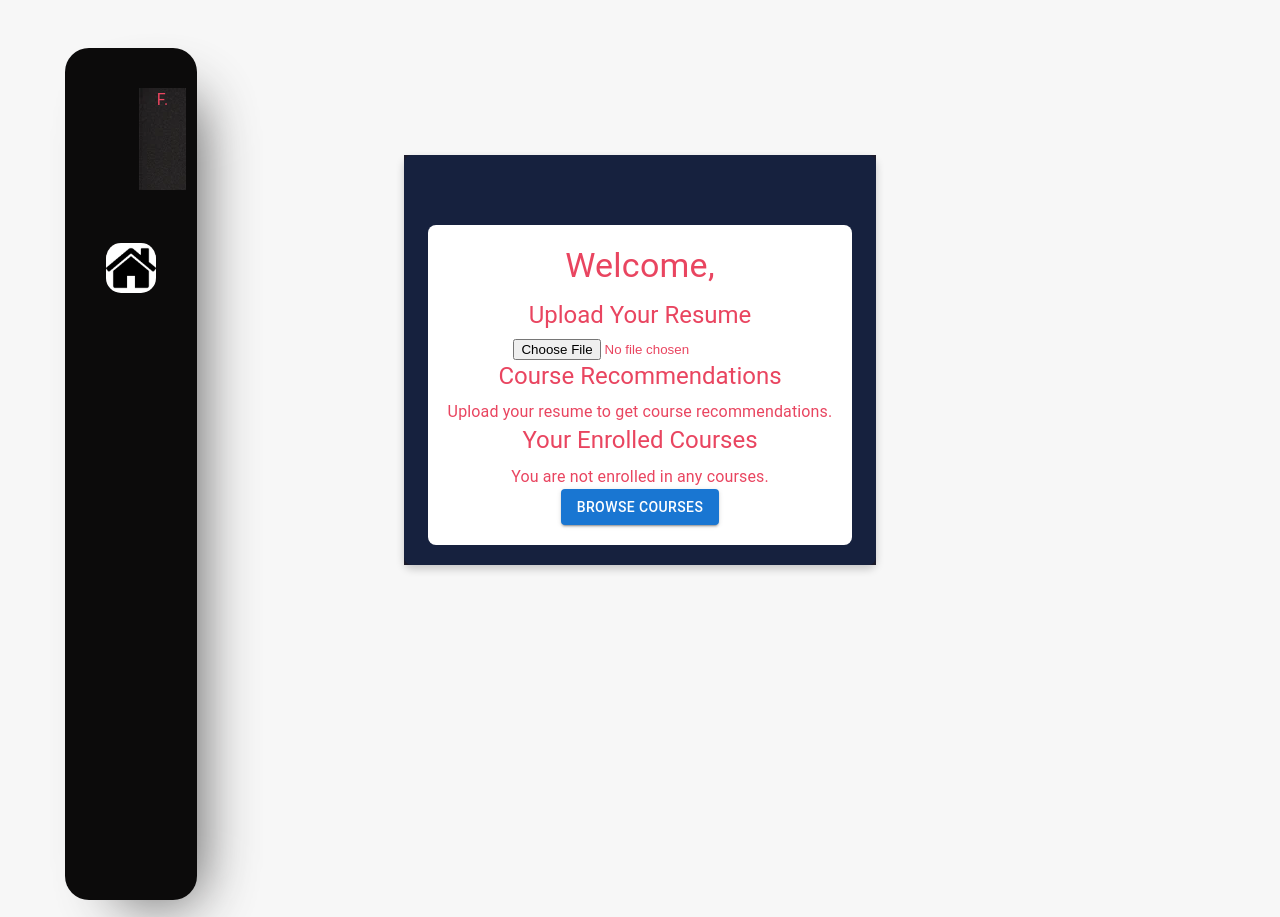
Repository: jvt2/OnlineCourseApp
Page: /dashboard
These files come from the project's save history. The page is drawn as it stood at one moment and after the next save; the edit follows.
The browser window is 1280 px wide. The pictures show the whole page.
The page's requests for data from a server got no answer. The project was rebuilt for these pictures with package versions that can differ from the ones it lists, and the page was loaded fresh each time. No one was signed in, and anything a server would have sent is missing. Also part of the build but not shown: src/features/auth/Register.js, src/features/auth/Login.js, src/features/courses/ResumeUpload.js, src/features/courses/CourseRecommendations.js, src/components/common/MyModal.js, src/features/courses/CourseCatalog.js, src/features/courses/CourseDetail.js, src/components/common/Navbar.js and 3 more. Imported but missing from the stored project, and not drawn on this page: src/app/reportWebVitals.

Above is the page before, as saved 2024-07-14 21:45:32.

### src/index.js
import React from 'react';
import ReactDOM from 'react-dom/client';
import { Provider } from 'react-redux';
import store from './redux/store';
import './index.css';
import App from './app/App';
import reportWebVitals from './app/reportWebVitals';

const root = ReactDOM.createRoot(document.getElementById('root'));
root.render(
  <React.StrictMode>
    <App />
  </React.StrictMode>
);

// If you want to start measuring performance in your app, pass a function
// to log results (for example: reportWebVitals(console.log))
// or send to an analytics endpoint. Learn more: https://bit.ly/CRA-vitals
reportWebVitals();

### src/redux/store.js
// src/redux/store.js

import { configureStore } from '@reduxjs/toolkit';
import userReducer from './userReducer';

const store = configureStore({
  reducer: {
    user: userReducer,
  },
});

export default store;

### src/app/App.js
import { BrowserRouter as Router, Route, Routes } from 'react-router-dom';
import React, { useState } from 'react';
import logo from '../logo.svg';
import './App.css';
import Register from '../features/auth/Register';
import Login from '../features/auth/Login';
import CourseCatalog from '../features/courses/CourseCatalog';
import CourseDetail from '../features/courses/CourseDetail';
import UserDashboard from '../features/dashboard/Dashboard';
import Navbar from '../components/common/Navbar';
import { Provider } from 'react-redux';
import store from '../redux/store'; // import your Redux store here
import Logout from '../features/auth/Logout'; // Import the Logout component
import Chatbot from '../features/chatbot/Chatbot';
import CourseRecommendations from '../features/courses/CourseRecommendations';
import axios from 'axios';
import ResumeUpload from '../features/courses/ResumeUpload';
import LandingPage from '../components/common/LandingPage';

function App() {
  const [loggedIn, setLoggedIn] = useState(false);
  const [users, setUsers] = useState([]);
  const [currentUser, setCurrentUser] = useState(null);
  const [recommendations, setRecommendations] = useState([]);

  const handleResumeUpload = (newRecommendations) => {
    console.log('New Recommendations:', newRecommendations);
    setRecommendations(newRecommendations);
  };

  const [courses, setCourses] = useState([
    {id: 1, name: 'Course 1', description: 'This is course 1'},
    {id: 2, name: 'Course 2', description: 'This is course 2'}
  ]);

  const handleRegister = async (username, password) => {
    try {
      const response = await axios.post('http://localhost:3001/register', { username, password });
      alert(response.data.message);
      // Log in the new user if registration is successful
      handleLogin(username, password);
    } catch (error) {
      alert(error.response.data.message);
    }
  };

  const handleLogin = async (username, password) => {
    try {
      const response = await axios.post('http://localhost:3001/login', { username, password });
      localStorage.setItem('token', response.data.token);
      setLoggedIn(true);
      setCurrentUser({ username });
    } catch (error) {
      alert('Login failed. Please check your username and password.');
    }
  };

  const handleEnroll = async (course) => {
    try {
      const token = localStorage.getItem('token');
      await axios.post('http://localhost:3001/enroll', { courseId: course.id }, {
        headers: { 'Authorization': `Bearer ${token}` }
      });
      setEnrolledCourses([...enrolledCourses, course]);
    } catch (error) {
      console.error('Enrollment failed', error);
    }
  };

  const [enrolledCourses, setEnrolledCourses] = useState([]);
  const [isModalOpen, setIsModalOpen] = useState(false);

  const handleSelectRecommendation = (recommendation) => {
    const newCourse = {
      id: courses.length + 1,
      name: recommendation.text,
      description: 'This is a recommended course based on your resume.'
    };

    setCourses([...courses, newCourse]);
    setEnrolledCourses([...enrolledCourses, newCourse]);
    setIsModalOpen(false);
  };

  return (
    <Provider store={store}>
      <Router>
        <div className="App">
          <Routes>
            <Route path="/" element={<LandingPage />} />
            <Route path="/register" element={<Register />} />
            <Route path="/login" element={<Login />} />
            <Route path="/dashboard" element={<UserDashboard />} /> {/* Added this line */}
          </Routes>
        </div>
      </Router>
    </Provider>
  );
}

export default App;

### src/redux/userReducer.js
// src/redux/userReducer.js
// src/redux/userReducer.js
import { createSlice } from '@reduxjs/toolkit';

const initialState = {
  id: null,
  email: null,
  token: null,
};

const userSlice = createSlice({
  name: 'user',
  initialState,
  reducers: {
    logIn(state, action) {
      state.id = action.payload.id;
      state.email = action.payload.email;
      state.token = action.payload.token;
    },
    logOut(state) {
      state.id = null;
      state.email = null;
      state.token = null;
    },
  },
});

export const { logIn, logOut } = userSlice.actions;
export default userSlice.reducer;

### src/app/App.css
/* App.css */
:root {
  --primary-bg-color: #1E1E2F;
  --secondary-bg-color: #282840;
  --primary-text-color: #F5F5F5;
  --link-color: #61dafb;
  --accent-color: #FF6B6B;
  --navbar-height: 4rem;
  --content-padding: 20px;
  --border-radius: 8px;
  --transition-duration: 0.3s;
  --gradient-bg-color: linear-gradient(120deg, #84fab0 0%, #8fd3f4 100%);
}

.App {
  text-align: center;
  font-family: 'Arial', sans-serif;
  background-color: var(--primary-bg-color);
}

.App-logo {
  height: 40vmin;
  pointer-events: none;
  filter: drop-shadow(0 0 10px var(--accent-color));
}

.App-header {
  background-color: var(--secondary-bg-color);
  min-height: 100vh;
  display: flex;
  flex-direction: column;
  align-items: center;
  justify-content: center;
  font-size: calc(10px + 2vmin);
  color: var(--primary-text-color);
  border-bottom-left-radius: var(--border-radius);
  border-bottom-right-radius: var(--border-radius);
}

.App-link {
  color: var(--link-color);
  transition: color var(--transition-duration);
}

.App-link:hover {
  color: var(--accent-color);
}

@media (prefers-reduced-motion: no-preference) {
  .App-logo {
    animation: App-logo-spin infinite 20s linear;
  }
}

@keyframes App-logo-spin {
  from {
    transform: rotate(0deg);
  }
  to {
    transform: rotate(360deg);
  }
}

.site-navbar {
  display: flex;
  align-items: center;
  background: var(--gradient-bg-color);
  padding: 10px 20px;
  height: var(--navbar-height);
  font-weight: 500;
  box-shadow: 0 4px 6px rgba(0, 0, 0, 0.1);
}

.navbar-nav {
  display: flex;
  align-items: center;
  list-style: none;
  margin: 0;
  padding: 0;
  flex-grow: 1;
  justify-content: center;
}

.nav-item {
  display: flex;
  align-items: center;
  justify-content: center;
  text-decoration: none;
  color: var(--primary-text-color);
  padding: 15px 25px;
  transition: all 0.3s ease-in-out;
  border-radius: var(--border-radius);
  position: relative;
}

.nav-item:before {
  content: '';
  position: absolute;
  top: 0;
  left: 0;
  width: 0;
  height: 100%;
  background: var(--accent-color);
  border-radius: var(--border-radius);
  transition: width 0.3s ease-in-out;
  z-index: -1;
}

.nav-item:hover:before {
  width: 100%;
}

.nav-item:hover {
  color: var(--secondary-bg-color);
  box-shadow: 0 4px 8px rgba(0, 0, 0, 0.2);
  text-decoration: none;
}

.navbar-brand {
  margin-right: auto;
  color: var(--primary-text-color);
  font-size: 1.5em;
  font-weight: bold;
}

.App-content {
  padding: var(--content-padding);
  color: var(--primary-text-color);
}

.App-footer {
  text-align: center;
  padding: var(--content-padding);
  background-color: var(--secondary-bg-color);
  color: var(--primary-text-color);
  box-shadow: 0 -4px 6px rgba(0, 0, 0, 0.1);
}

.course-recommendations {
  width: 80%;
  margin: auto;
  background: #f9f9f9;
  padding: 20px;
  border-radius: 5px;
  box-shadow: 0px 0px 10px rgba(0, 0, 0, 0.1);
}

.course-recommendations h2 {
  text-align: center;
  color: #333;
}

.course-recommendations .course {
  padding: 10px 0;
  border-bottom: 1px solid #eee;
}

.course-recommendations .course:last-child {
  border-bottom: none;
}

.course-recommendations .course button {
  margin-left: 10px;
}

body {
  background-color: #1a1a2e;
  color: #e94560;
}

.MuiContainer-root {
  background-color: #16213e;
  border-radius: 8px;
  padding: 20px;
  box-shadow: 0 4px 8px rgba(0, 0, 0, 0.2);
}

.customTextField .MuiInputBase-input {
  color: #fff;
  background-color: rgba(255, 255, 255, 0.1);
}

.customTextField .MuiInputLabel-root {
  color: rgba(255, 255, 255, 0.7);
}

.customTextField .MuiInputLabel-root.Mui-focused {
  color: #fff;
}

.customTextField .MuiOutlinedInput-root {
  &.Mui-focused .MuiOutlinedInput-notchedOutline {
    border-color: #fff;
  }
  & .MuiOutlinedInput-notchedOutline {
    border-color: rgba(255, 255, 255, 0.5);
  }
}

### src/features/dashboard/Dashboard.js
// src/features/dashboard/Dashboard.js
import React, { useEffect, useState } from 'react';
import axios from 'axios';
import { useSelector } from 'react-redux';
import { Container, Typography, Button, Box, List, ListItem, ListItemText } from '@mui/material';
import { useNavigate } from 'react-router-dom';
import './Dashboard.css'; // Correct import for CSS

function Dashboard() {
  const [enrolledCourses, setEnrolledCourses] = useState([]);
  const [recommendations, setRecommendations] = useState([]);
  const token = useSelector(state => state.user.token);
  const userId = useSelector(state => state.user.id);
  const userEmail = useSelector(state => state.user.email);
  const navigate = useNavigate();

  useEffect(() => {
    const fetchEnrolledCourses = async () => {
      try {
        const response = await axios.get(`http://localhost:3001/user/${userId}/courses`, {
          headers: { Authorization: `Bearer ${token}` }
        });
        setEnrolledCourses(response.data);
      } catch (error) {
        console.error('Error fetching enrolled courses:', error);
      }
    };

    const fetchRecommendations = async () => {
      try {
        const response = await axios.get(`http://localhost:3001/user/${userId}/recommendations`, {
          headers: { Authorization: `Bearer ${token}` }
        });
        setRecommendations(response.data);
      } catch (error) {
        console.error('Error fetching recommendations:', error);
      }
    };

    fetchEnrolledCourses();
    fetchRecommendations();
  }, [userId, token]);

  const handleResumeUpload = async (event) => {
    const formData = new FormData();
    formData.append('resume', event.target.files[0]);

    try {
      const response = await axios.post('http://localhost:3001/uploadResume', formData, {
        headers: {
          'Content-Type': 'multipart/form-data',
          Authorization: `Bearer ${token}`,
        },
      });
      setRecommendations(response.data.recommendations);
    } catch (error) {
      console.error('Error uploading resume:', error);
    }
  };

  return (
    <Container component="main" maxWidth="md">
      <Box className="sidebar">
        <div className="sidebar-blur"></div>
        <div className="sidebar-main">
          <Typography className="sidebar-logo">F.</Typography>
          <div className="sidebar-icon icon-home"></div>
          <div className="sidebar-icon icon-graduation"></div>
          <div className="sidebar-icon icon-user"></div>
          <div className="sidebar-icon icon-message"></div>
          <div className="sidebar-icon icon-settings"></div>
          <div className="sidebar-icon icon-logout"></div>
        </div>
      </Box>
      <Box className="dashboard-container">
        <Typography className="dashboard-header" variant="h4" gutterBottom>
          Welcome, {userEmail}
        </Typography>
        <Box className="upload-container">
          <Typography variant="h5" gutterBottom>
            Upload Your Resume
          </Typography>
          <input type="file" onChange={handleResumeUpload} accept=".pdf,.doc,.docx,.txt" />
        </Box>
        <Box className="recommendations-container">
          <Typography variant="h5" gutterBottom>
            Course Recommendations
          </Typography>
          {recommendations.length > 0 ? (
            <List>
              {recommendations.map((rec, index) => (
                <ListItem key={index}>
                  <ListItemText primary={rec.title} secondary={rec.description} />
                </ListItem>
              ))}
            </List>
          ) : (
            <Typography variant="body1">Upload your resume to get course recommendations.</Typography>
          )}
        </Box>
        <Box className="enrolled-courses-container">
          <Typography variant="h5" gutterBottom>
            Your Enrolled Courses
          </Typography>
          {enrolledCourses.length > 0 ? (
            <List>
              {enrolledCourses.map(course => (
                <ListItem key={course.id}>
                  <ListItemText primary={course.name} />
                </ListItem>
              ))}
            </List>
          ) : (
            <Typography variant="body1">You are not enrolled in any courses.</Typography>
          )}
        </Box>
        <Box className="button-container">
          <Button variant="contained" color="primary" onClick={() => navigate('/courses')}>
            Browse Courses
          </Button>
        </Box>
      </Box>
    </Container>


  );
}

export default Dashboard;

### src/features/auth/Logout.js
// Logout.js
import { useEffect } from 'react';
import { useDispatch } from 'react-redux';
import { useNavigate } from 'react-router-dom';
import { logOut } from '../../redux/reducers/userslice'; // Import the logOut action

function Logout() {
  const navigate = useNavigate();
  const dispatch = useDispatch();

  useEffect(() => {
    localStorage.removeItem('token'); // Remove the token from local storage
    dispatch(logOut()); // Dispatch the logOut action
    navigate('/login'); // Navigate to the login page
  }, [dispatch, navigate]);

  return null;
}

export default Logout;

### src/components/common/LandingPage.css
body {
    display: flex;
    justify-content: center;
    align-items: center;
    height: 100vh;
    background-color: #f7f7f7;
    margin: 0;
    font-family: 'Roboto', sans-serif;
  }

  .sign-in-container {
    display: flex;
    justify-content: center;
    align-items: center;
    height: 100%;
    width: 100%;
  }

  .sign-in-form {
    background-color: white;
    padding: 60px;
    border-radius: 10px;
    box-shadow: 0 4px 8px rgba(0, 0, 0, 0.1);
    text-align: center;
    max-width: 600px;
    width: 90%;
  }

  .logo {
    width: 200px;
    height: 200px;
    margin-bottom: 30px;
    background-color: white;
    border-radius: 10px;
  }

  h1 {
    margin: 0;
    font-size: 32px;
    font-weight: 700;
  }

  .subtitle {
    margin: 10px 0;
    color: #555;
    font-size: 18px;
  }

  .google-sign-in {
    background-color: #ffffff;
    color: #000;
    border: 1px solid #ccc;
    padding: 15px;
    width: 100%;
    border-radius: 5px;
    margin-bottom: 30px;
    display: flex;
    justify-content: center;
    align-items: center;
    cursor: pointer;
    font-size: 18px;
    font-weight: 500;
    transition: background-color 0.3s;
  }

  .google-sign-in:hover {
    background-color: #f0f0f0;
  }

  .google-logo {
    width: 25px;
    margin-right: 10px;
  }

  .separator {
    display: flex;
    align-items: center;
    text-align: center;
    margin: 30px 0;
    color: #aaa;
    font-size: 18px;
  }

  .separator::before,
  .separator::after {
    content: '';
    flex: 1;
    border-bottom: 1px solid #ccc;
  }

  .separator:not(:empty)::before {
    margin-right: .5em;
  }

  .separator:not(:empty)::after {
    margin-left: .5em;
  }

  .email-input,
  .password-input {
    width: 100%;
    padding: 15px;
    margin-bottom: 30px;
    border: 1px solid #ccc;
    border-radius: 5px;
    font-size: 18px;
    transition: border-color 0.3s;
  }

  .email-input:focus,
  .password-input:focus {
    border-color: #007bff;
    outline: none;
  }

  .continue-button {
    background-color: #9b51e0;
    color: white;
    border: none;
    padding: 15px;
    width: 100%;
    border-radius: 5px;
    font-size: 18px;
    font-weight: 500;
    cursor: pointer;
    transition: background-color 0.3s;
    margin-bottom: 10px; /* Add margin to separate the buttons */
  }

  .continue-button:hover {
    background-color: #7a3bc0;
  }

  .email-error {
    color: red;
    margin-top: 10px;
    font-size: 14px;
  }


  .back-button {
    background-color: #ccc;
    color: white;
    border: none;
    padding: 15px;
    width: 100%;
    border-radius: 5px;
    font-size: 18px;
    font-weight: 500;
    cursor: pointer;
    transition: background-color 0.3s;
    margin-bottom: 10px; /* Add margin to separate the buttons */
  }

  .back-button:hover {
    background-color: #aaa;
  }

  .sign-up-link {
    margin-top: 30px;
    color: #aaa;
    font-size: 18px;
  }

  .sign-up-link a {
    color: #9b51e0;
    text-decoration: none;
  }

  .sign-up-link a:hover {
    text-decoration: underline;
  }

### src/features/dashboard/Dashboard.css
/* Dashboard CSS */

/* General styles for the dashboard */
.dashboard-container {
    background: #FFFFFF;
    padding: 20px;
    border-radius: 8px;
    margin-top: 50px;
    text-align: center;
  }

  /* Sidebar styles */
  .sidebar {
    position: absolute;
    width: 132px;
    height: 853.12px;
    left: 32.34px;
    top: 24.02px;
    display: flex;
    flex-direction: column;
    align-items: center;
    justify-content: space-around; /* Evenly distribute space around the items */
    padding: 20px 0;
  }

  .sidebar-blur {
    position: absolute;
    width: 81.01px;
    height: 804px;
    left: 83.32px;
    top: 73.14px;
    background: #0C0B0B;
    opacity: 0.7;
    filter: blur(30px);
    border-radius: 24px;
  }

  .sidebar-main {
    position: absolute;
    width: 132px;
    height: 852px;
    left: 32.34px;
    top: 24.02px;
    background: #0C0B0B;
    border-radius: 24px;
  }

  .sidebar-logo {
    position: absolute;
    width: 47px;
    height: 102px;
    left: 74.46px;
    top: 39.67px;
    font-family: 'Baloo Bhai';
    font-style: normal;
    font-weight: 400;
    font-size: 64px;
    line-height: 102px;
    background-image: url('/public/assets/sidebar-logo.png');
    margin-bottom: 40px; /* Adjust as needed */
  }

  .sidebar-icon {
    position: absolute;
    width: 26px;
    height: 26px;
    left: 85.15px;
    margin-bottom: 30px; /* Adjust as needed */
  }

  .sidebar-icon.icon-home {
    width: 50px;
    height: 50px;
    background-image: url('/public/assets/home-icon-1.png');
    border-radius: 30%;
    position: absolute;
    left: 50%;
    transform: translateX(-50%);
    background-size: contain;
    background-repeat: no-repeat;
    top:22.84%;
  }

  .icon-graduation {
    top: 32.84%;
    background-position: center;
  }

  .icon-user {
    top: 42.46%;
    background-position: center;
  }

  .icon-message {
    top: 52.44%;
    background-position: center;
  }

  .icon-settings {
    top: 62.11%;
  }

  .icon-logout {
    top: 89.95%;
    background-position: center;
  }

  .icon-background {
    background: #FFFFFF;
    background-position: center;
  }

### src/redux/reducers/userslice.js
import { createSlice } from '@reduxjs/toolkit';

const userSlice = createSlice({
  name: 'user',
  initialState: { name: '', loggedIn: false },
  reducers: {
    logIn: (state, action) => {
      state.name = action.payload.name;
      state.loggedIn = true;
    },
    logOut: (state) => {
      state.name = '';
      state.loggedIn = false;
    }
  }
});

export const { logIn, logOut } = userSlice.actions;
export default userSlice.reducer;

Loaded but not shown: public/index.html (common file); src/index.css (common file)

After the next save:
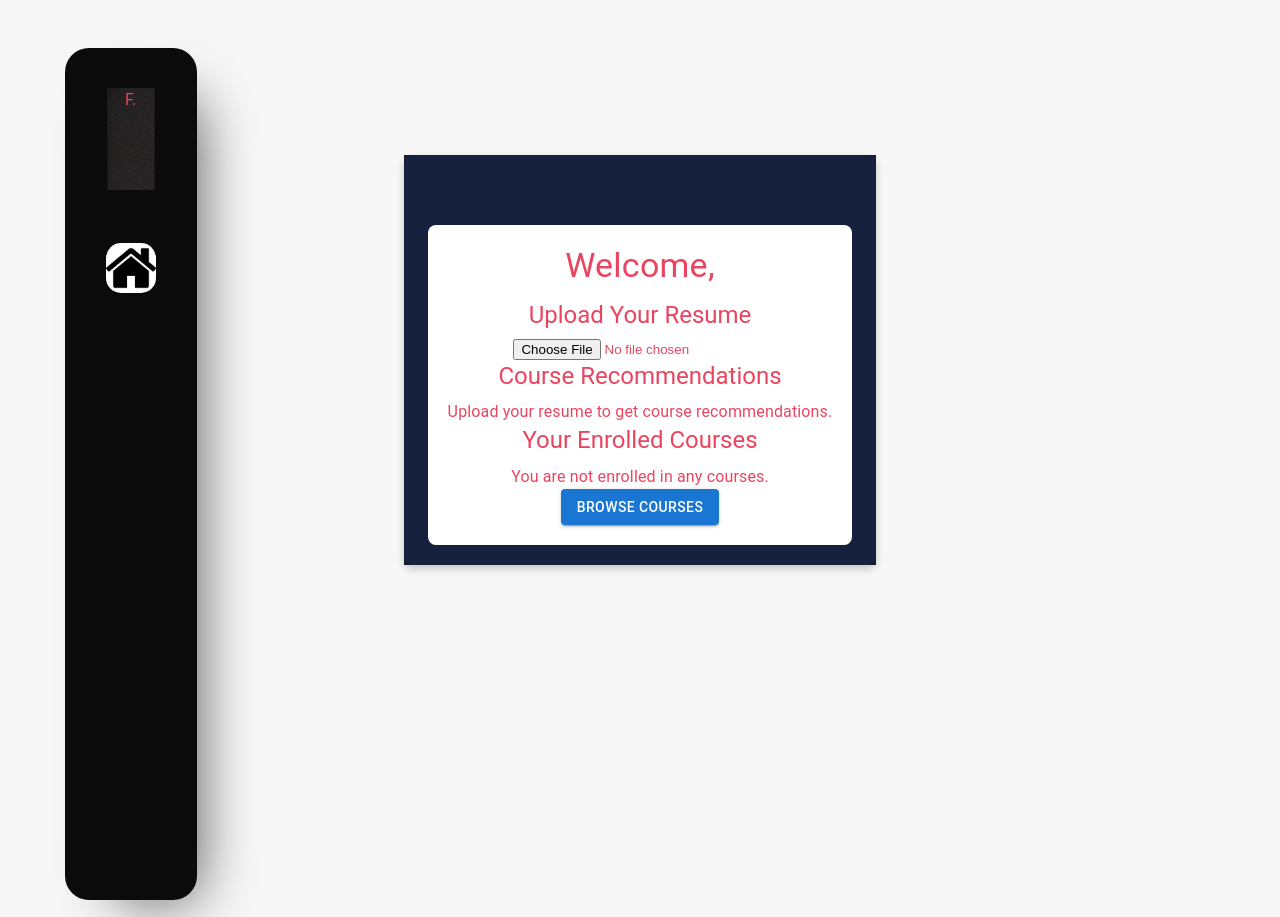
Saved 20 s later.
--- a/src/features/dashboard/Dashboard.css
+++ b/src/features/dashboard/Dashboard.css
@@ -57,6 +57,9 @@
     font-size: 64px;
     line-height: 102px;
     background-image: url('/public/assets/sidebar-logo.png');
+    position: absolute;
+    left: 50%;
+    transform: translateX(-50%);
     margin-bottom: 40px; /* Adjust as needed */
   }
 
